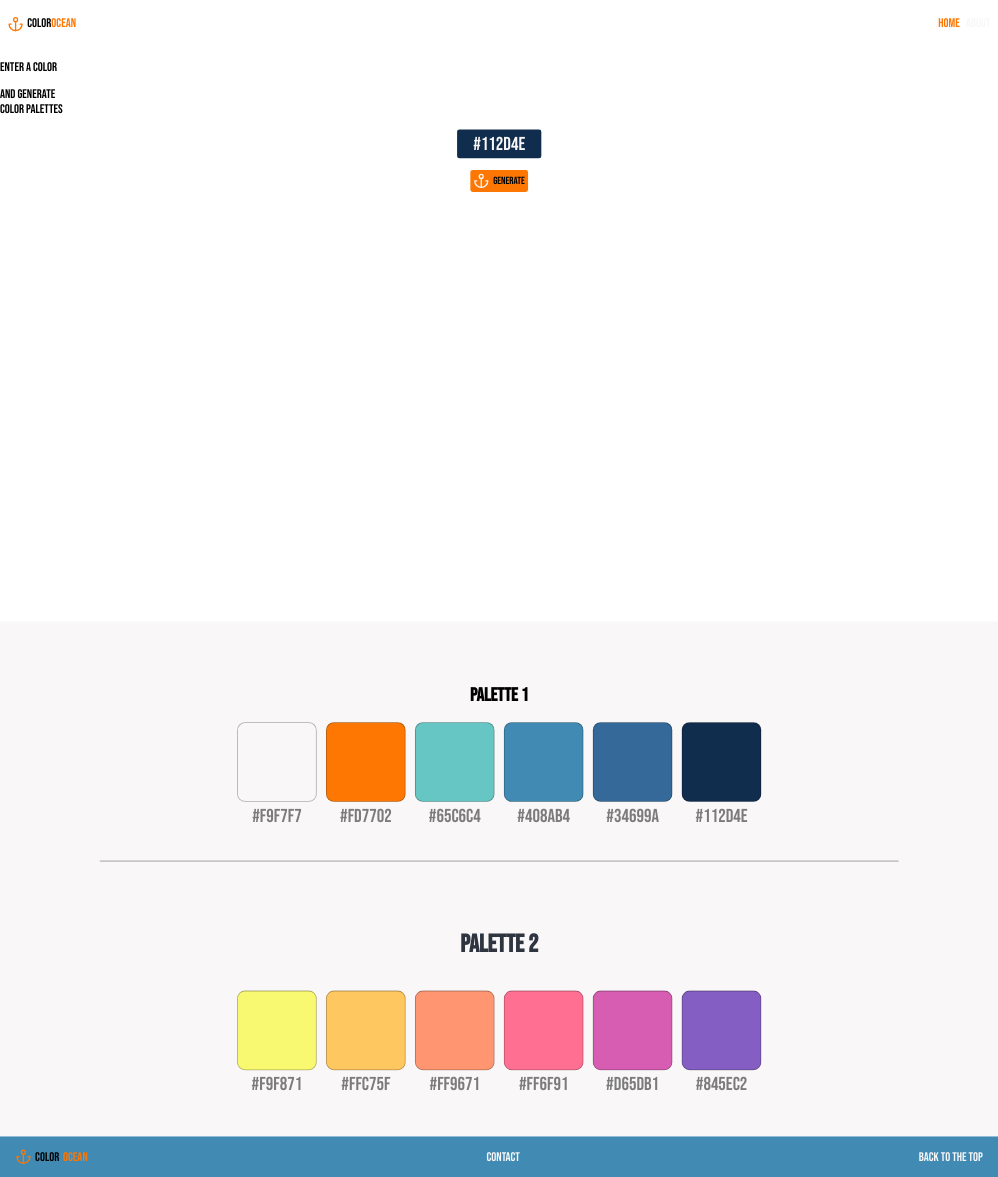
Repository: Ulvang01/WebTekProject
Page: src/index.html
These files come from the project's save history. The page is drawn as it stood at one moment and after a run of saves; the edit follows.
The browser window is 1280 px wide. The pictures show the whole page, at 78% of full size.

Above is the page before, as saved 2022-11-04 16:00:03.

After the next 2 saves:
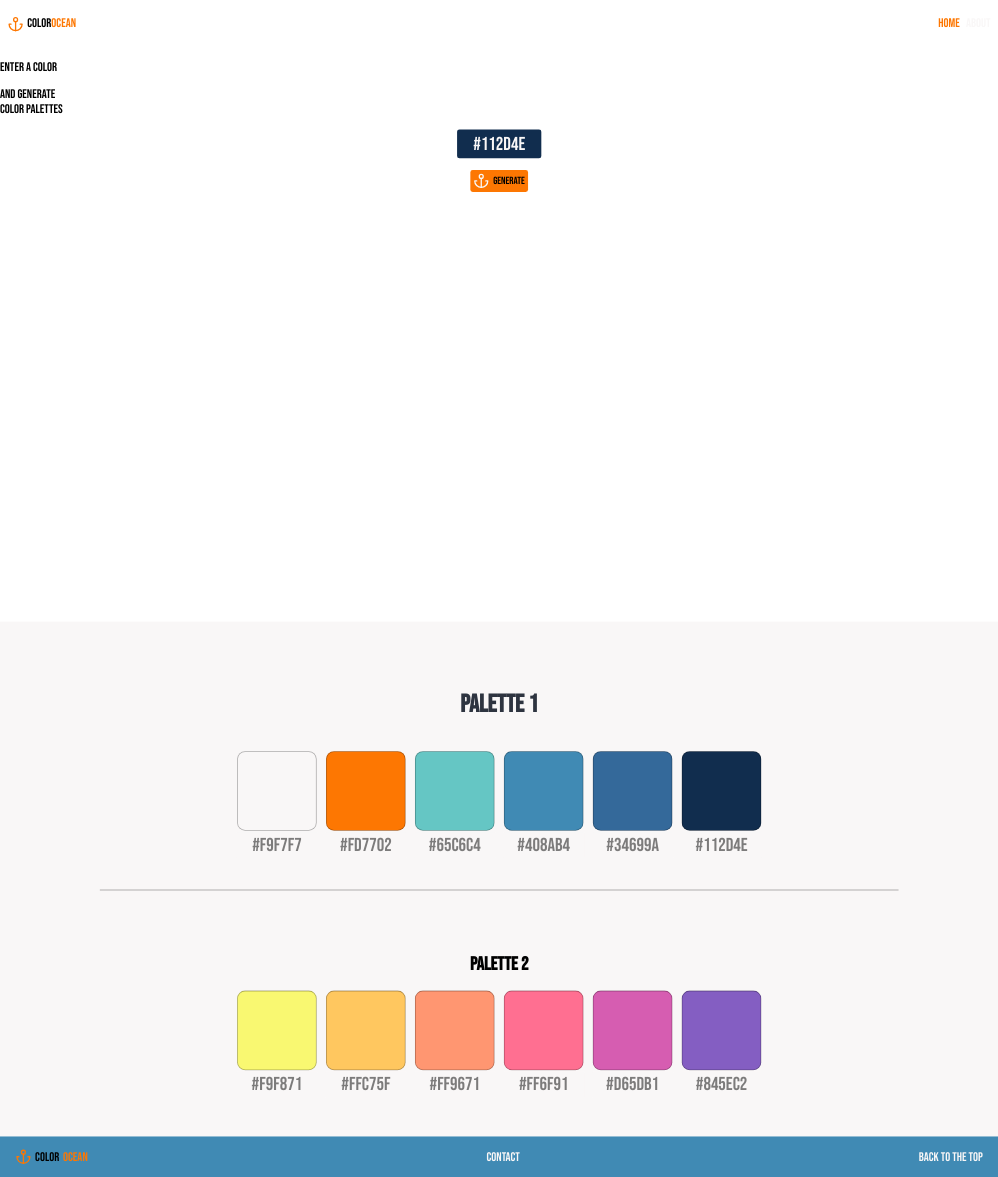
The 2 saves are shown as one change because they came seconds apart.
The last was saved 22 s later.
--- a/src/css/style.css
+++ b/src/css/style.css
@@ -142,7 +142,7 @@ input[type="text"] {
 	padding-bottom: 10px;
 }
 
-.theme-title {
+.palette-name {
 	color: var(--text-black);
 	margin-bottom: 40px;
 	font-size: 2rem;
